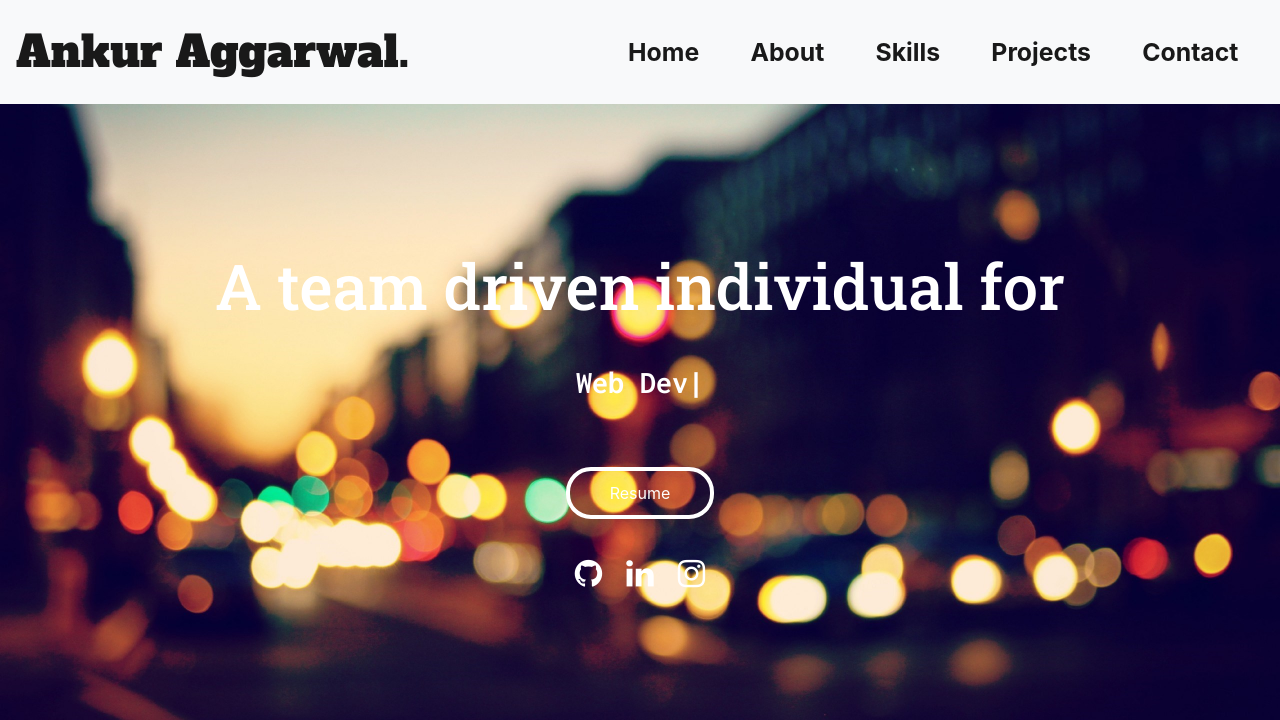
Repository: AnkurDevv/PersonalWebsite
Page: index.html
These files come from the project's save history. The page is drawn as it stood at one moment and after the next save; the edit follows.
The browser window is 1280 px wide. The pictures show the whole page.
Some web fonts or font styles are not loaded; a fallback is used.

Above is the page before, as saved 2020-09-13 16:19:45.

After the next save:
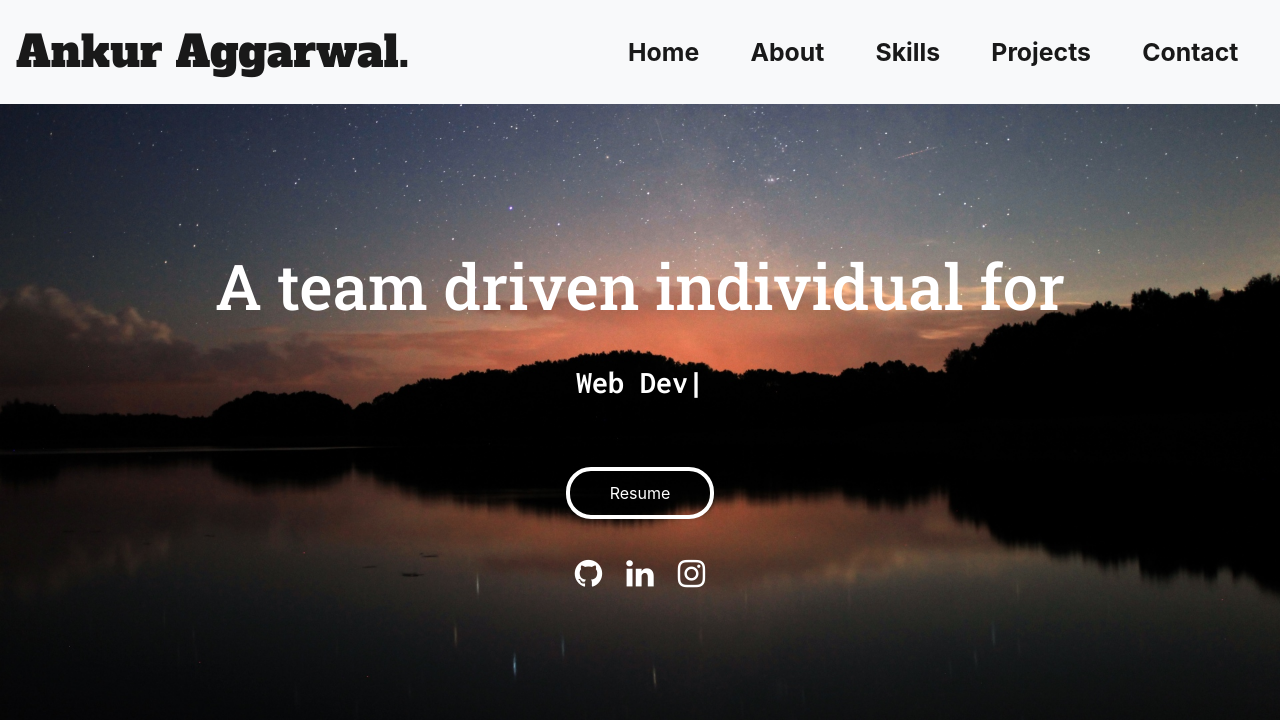
Saved 27 s later.
--- a/style/index.css
+++ b/style/index.css
@@ -47,7 +47,7 @@ body{
 /* FIRST IMPRESSION SECTION CSS - START */
 header{
   height: 100vh; /* Takes 100% of the screen size */
-  background-image:url(../images/431231.jpg);
+  background-image:url(../images/sunset_skyline_lake_reflection_114025_1920x1080.jpg);
   -webkit-background-size: cover;
   background-position: center;
   overflow: hidden;
